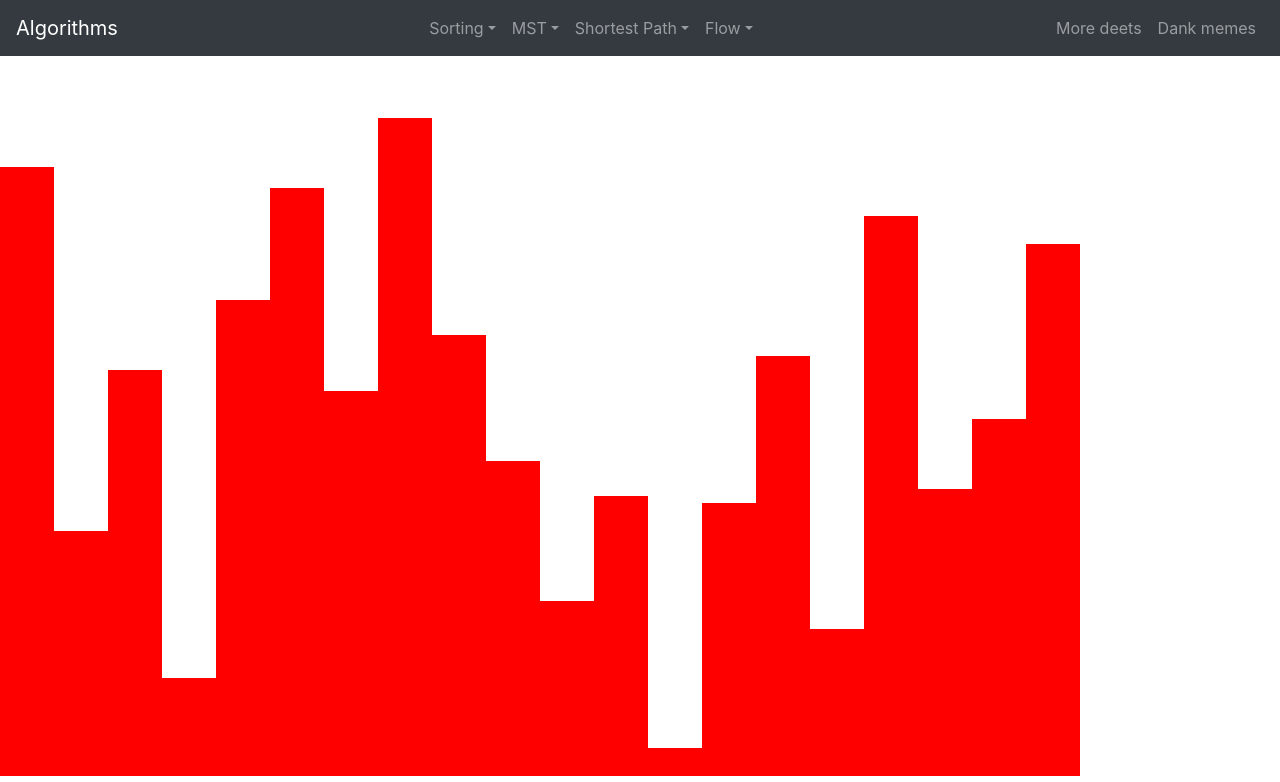
Repository: dkasima1/Algorithm-Visualizations
Page: /
These files come from the project's save history. The page is drawn as it stood at one moment and after the next save; the edit follows.
The browser window is 1280 px wide. The pictures show the whole page.
The project was rebuilt for these pictures with package versions that can differ from the ones it lists, and the page was loaded fresh each time. Also part of the build but not shown: src/components/Sorting/Bubble_Sort.js.

Above is the page before, as saved 2020-06-29 23:26:58.

After the next save:
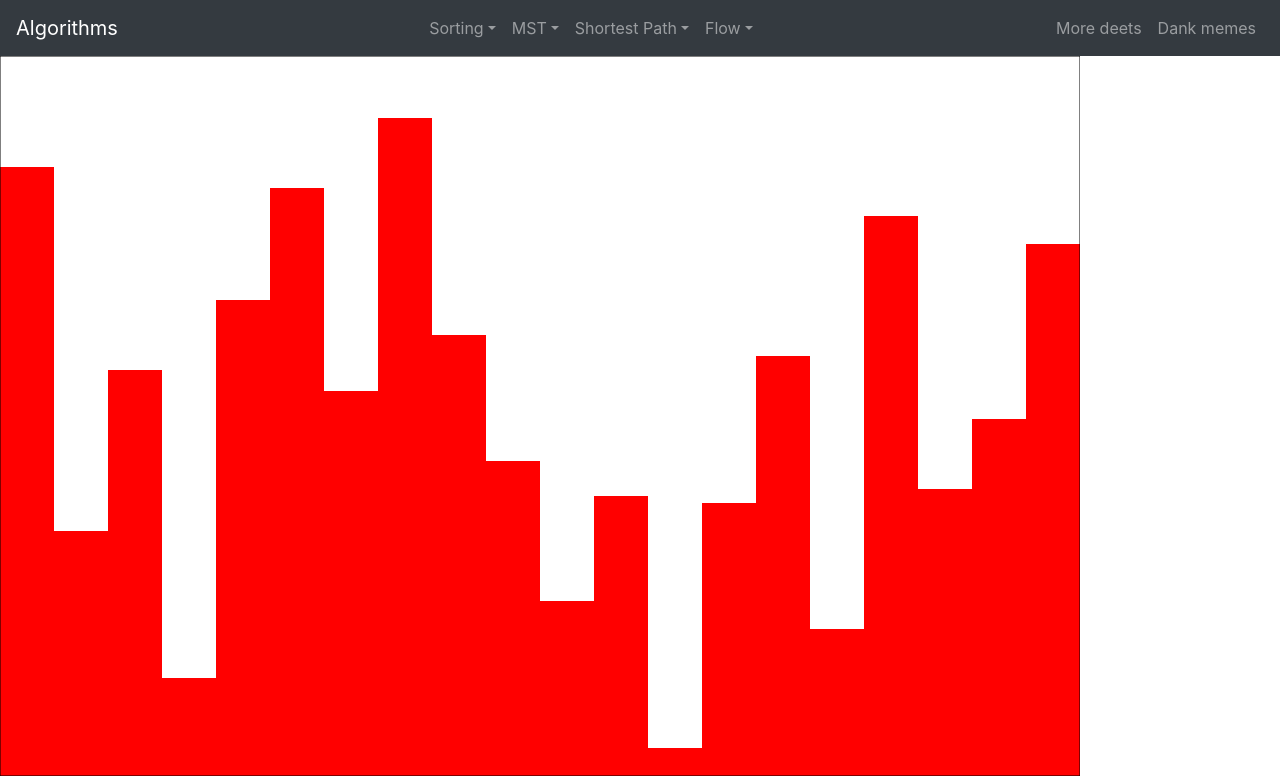
Saved 3 min 18 s later.
--- a/src/components/Graph/BarGraph.js
+++ b/src/components/Graph/BarGraph.js
@@ -35,6 +35,10 @@ class Canvas extends React.Component {
             posX += 54;
         }
 
+        // Outline Canvas
+        ctx.beginPath();
+        ctx.rect(0, 0, canvas.width, canvas.height);
+        ctx.stroke();
     }
     render() {
         return (
